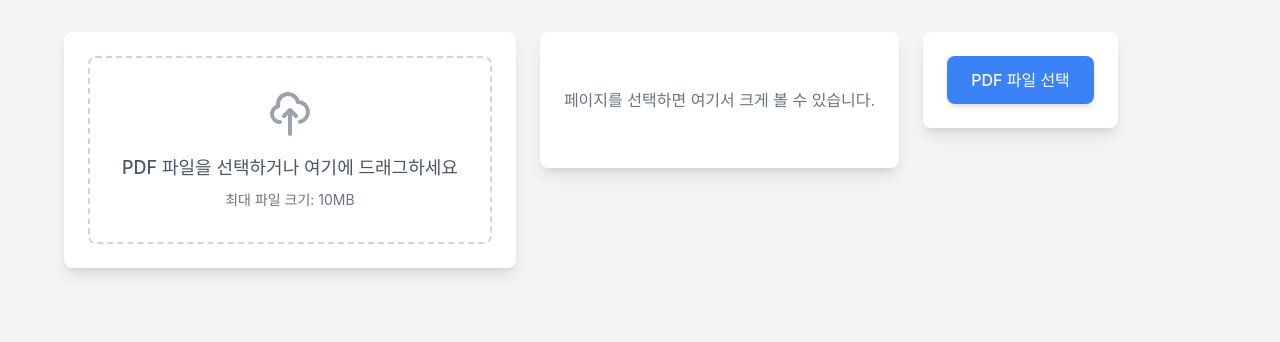
Repository: orcaCrew/PDF-Handler
Page: /
The author's editor kept a copy of each file at every save. The page is drawn from the files as they stood at one save, then again after the next save.
The browser window is 1280 px wide. The pictures show the whole page.
The project was rebuilt for these pictures with package versions that can differ from the ones it lists, and the page was loaded fresh each time.

Above is the page before, as saved 2025-07-18 16:35:54.

### public/index.html
<!DOCTYPE html>
<html lang="ko">
  <head>
    <meta charset="utf-8" />
    <link rel="icon" href="%PUBLIC_URL%/favicon.ico" />
    <meta name="viewport" content="width=device-width, initial-scale=1" />
    <meta name="theme-color" content="#000000" />
    <meta
      name="description"
      content="PDF 파일 미리보기 애플리케이션"
    />
    <title>PDF 미리보기</title>
  </head>
  <body>
    <noscript>이 앱을 실행하려면 JavaScript를 활성화해야 합니다.</noscript>
    <div id="root"></div>
  </body>
</html>

### src/App.js
import React, { useState, useRef, useEffect } from 'react';
import { Document, Page, pdfjs } from 'react-pdf';
import 'react-pdf/dist/esm/Page/AnnotationLayer.css';
import 'react-pdf/dist/esm/Page/TextLayer.css';

pdfjs.GlobalWorkerOptions.workerSrc = `//cdnjs.cloudflare.com/ajax/libs/pdf.js/${pdfjs.version}/pdf.worker.min.js`;

function App() {
  const [file, setFile] = useState(null);
  const [numPages, setNumPages] = useState(null);
  const [pageNumber, setPageNumber] = useState(1);
  const [loading, setLoading] = useState(false);
  const [isDragOver, setIsDragOver] = useState(false);
  const [loadedPages, setLoadedPages] = useState(new Set());
  const [displayedPages, setDisplayedPages] = useState(3); // lazy 로드 시작 수
  const fileInputRef = useRef(null);
  const loaderRef = useRef(null); // 스크롤 lazy 트리거용

  // Intersection Observer로 lazy loading 구현
  useEffect(() => {
    if (!loaderRef.current) return;
    const observer = new IntersectionObserver(
      ([entry]) => {
        if (entry.isIntersecting && numPages && displayedPages < numPages) {
          setDisplayedPages(prev => Math.min(prev + 3, numPages));
        }
      },
      { threshold: 1 }
    );
    observer.observe(loaderRef.current);
    return () => observer.disconnect();
  }, [displayedPages, numPages]);

  const onFileChange = (event) => {
    const { files } = event.target;
    if (files && files[0]) {
      setFile(files[0]);
      setPageNumber(1);
      setLoadedPages(new Set());
      setDisplayedPages(3);
    }
    event.target.value = '';
  };

  const handleDragOver = (e) => {
    e.preventDefault();
    setIsDragOver(true);
  };

  const handleDragLeave = (e) => {
    e.preventDefault();
    setIsDragOver(false);
  };

  const handleDrop = (e) => {
    e.preventDefault();
    setIsDragOver(false);
    const droppedFiles = e.dataTransfer.files;
    if (droppedFiles && droppedFiles[0]) {
      const droppedFile = droppedFiles[0];
      if (droppedFile.type === 'application/pdf') {
        setFile(droppedFile);
        setPageNumber(1);
        setLoadedPages(new Set());
        setDisplayedPages(3);
      } else {
        alert('PDF 파일만 업로드 가능합니다.');
      }
    }
  };

  const onDocumentLoadSuccess = ({ numPages }) => {
    setNumPages(numPages);
    setLoading(false);
  };

  const onDocumentLoadError = (error) => {
    console.error('PDF 로드 오류:', error);
    setLoading(false);
  };

  const onPageLoadSuccess = (pageNumber) => {
    setLoadedPages(prev => {
      const newSet = new Set([...prev, pageNumber]);
      return newSet;
    });
  };

  return (
    <div className="min-h-screen bg-gray-100 py-8">
      <div className="w-full flex justify-center px-4">
        <div className="w-full max-w-6xl">
          <div className="flex flex-col lg:flex-row gap-6">
          {/* 미리보기 영역 */}
          <div className="lg:w-4/10">
            <div className="bg-white rounded-lg shadow-lg p-6">
              {file ? (
                <div className="space-y-6">
                  <div className="flex items-center justify-between">
                    <h2 className="text-xl font-semibold text-gray-800">
                      {file.name}
                    </h2>
                    <div className="text-gray-600">
                      총 {numPages || '...'} 페이지
                    </div>
                  </div>

                  <div className="space-y-4 max-h-[50rem] overflow-y-auto">
                    {loading && (
                      <div className="flex items-center justify-center p-8">
                        <div className="animate-spin rounded-full h-8 w-8 border-b-2 border-blue-500"></div>
                        <span className="ml-2 text-gray-600">PDF 로딩 중...</span>
                      </div>
                    )}

                    <Document
                      file={file}
                      onLoadSuccess={onDocumentLoadSuccess}
                      onLoadError={onDocumentLoadError}
                      onLoadStart={() => setLoading(true)}
                      loading={
                        <div className="flex items-center justify-center p-8">
                          <div className="animate-spin rounded-full h-8 w-8 border-b-2 border-blue-500"></div>
                          <span className="ml-2 text-gray-600">PDF 로딩 중...</span>
                        </div>
                      }
                    >
                      {numPages &&
                        Array.from(
                          new Array(Math.min(displayedPages, numPages)),
                          (el, index) => (
                            <div
                              key={`page_${index + 1}`}
                              className={`border-2 rounded-lg p-4 bg-white hover:shadow-md transition-shadow cursor-pointer ${
                                pageNumber === index + 1
                                  ? 'border-blue-500 bg-blue-50'
                                  : 'border-gray-200'
                              }`}
                              onClick={() => setPageNumber(index + 1)}
                            >
                              <div className="flex items-center space-x-4">
                                <div className="flex-shrink-0">
                                  <Page
                                    pageNumber={index + 1}
                                    width={120}
                                    renderTextLayer={false}
                                    renderAnnotationLayer={false}
                                    onLoadSuccess={() => onPageLoadSuccess(index + 1)}
                                    loading={
                                      <div className="w-30 h-40 bg-gray-200 rounded flex items-center justify-center">
                                        <div className="animate-spin rounded-full h-6 w-6 border-b-2 border-blue-500"></div>
                                      </div>
                                    }
                                  />
                                </div>
                                <div className="flex-1">
                                  <h3 className="text-lg font-semibold text-gray-800">
                                    {index + 1} 페이지
                                  </h3>
                                </div>
                              </div>
                            </div>
                          )
                        )}
                    </Document>

                    {/* lazy-load 트리거 */}
                    <div ref={loaderRef} className="h-12" />
                  </div>
                </div>
              ) : (
                <div
                  className={`border-2 border-dashed rounded-lg p-8 text-center transition-colors h-full flex items-center justify-center ${
                    isDragOver
                      ? 'border-blue-500 bg-blue-50'
                      : 'border-gray-300 hover:border-blue-400'
                  }`}
                  onDragOver={handleDragOver}
                  onDragLeave={handleDragLeave}
                  onDrop={handleDrop}
                >
                  <label
                    htmlFor="file-upload"
                    className="cursor-pointer flex flex-col items-center"
                  >
                    <svg
                      className="w-12 h-12 text-gray-400 mb-4"
                      fill="none"
                      stroke="currentColor"
                      viewBox="0 0 24 24"
                    >
                      <path
                        strokeLinecap="round"
                        strokeLinejoin="round"
                        strokeWidth={2}
                        d="M7 16a4 4 0 01-.88-7.903A5 5 0 1115.9 6L16 6a5 5 0 011 9.9M15 13l-3-3m0 0l-3 3m3-3v12"
                      />
                    </svg>
                    <span className="text-lg font-medium text-gray-600">
                      PDF 파일을 선택하거나 여기에 드래그하세요
                    </span>
                    <span className="text-sm text-gray-500 mt-2">
                      최대 파일 크기: 10MB
                    </span>
                  </label>
                </div>
              )}
            </div>
          </div>

          {/* 선택된 페이지 크게 보기 영역 */}
          <div className="lg:w-4/10">
            <div className="bg-white rounded-lg shadow-lg p-6">
              {file && pageNumber ? (
                <div className="space-y-4">
                  <div className="flex items-center justify-between">
                    <h3 className="text-lg font-semibold text-gray-800">
                      선택된 페이지
                    </h3>
                    <span className="text-sm text-gray-600">
                      {pageNumber} / {numPages}
                    </span>
                  </div>

                  <div className="flex justify-center">
                    <div className="border border-gray-300 rounded-lg shadow-lg bg-white">
                      <Document
                        file={file}
                        onLoadSuccess={onDocumentLoadSuccess}
                        onLoadError={onDocumentLoadError}
                        onLoadStart={() => setLoading(true)}
                        loading={
                          <div className="flex items-center justify-center p-8">
                            <div className="animate-spin rounded-full h-8 w-8 border-b-2 border-blue-500"></div>
                            <span className="ml-2 text-gray-600">PDF 로딩 중...</span>
                          </div>
                        }
                      >
                        <Page
                          pageNumber={pageNumber}
                          width={Math.min(window.innerWidth * 0.4 - 100, 400)}
                          renderTextLayer={false}
                          renderAnnotationLayer={false}
                        />
                      </Document>
                    </div>
                  </div>
                </div>
              ) : (
                <div className="text-center text-gray-500 py-8">
                  <p>페이지를 선택하면 여기서 크게 볼 수 있습니다.</p>
                </div>
              )}
            </div>
          </div>

          {/* 선택 버튼 영역 */}
          <div className="lg:w-2/10">
            <div className="bg-white rounded-lg shadow-lg p-6">
              <div className="flex justify-center">
                <button
                  onClick={() => {
                    fileInputRef.current?.click();
                  }}
                  className="px-6 py-3 bg-blue-500 text-white rounded-lg hover:bg-blue-600 transition-colors font-medium shadow-md"
                >
                  {file ? 'PDF 파일 변경' : 'PDF 파일 선택'}
                </button>
              </div>
              <input
                ref={fileInputRef}
                type="file"
                accept=".pdf"
                onChange={onFileChange}
                className="hidden"
                id="file-upload"
              />
            </div>
          </div>
        </div>
        </div>
      </div>
    </div>
  );
}

export default App;

Loaded but not shown: src/index.js (common file); src/index.css (common file); tailwind.config.js (common file)

After the next save:
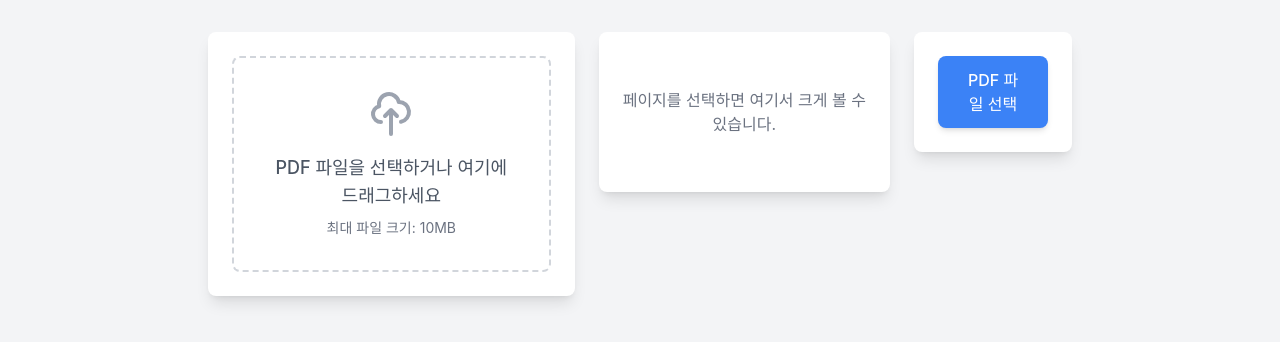
Saved 23 s later.
--- a/src/App.js
+++ b/src/App.js
@@ -88,9 +88,8 @@ function App() {
 
   return (
     <div className="min-h-screen bg-gray-100 py-8">
-      <div className="w-full flex justify-center px-4">
-        <div className="w-full max-w-6xl">
-          <div className="flex flex-col lg:flex-row gap-6">
+      <div className="max-w-4xl mx-auto px-4 space-y-6">
+        <div className="flex flex-col lg:flex-row gap-6">
           {/* 미리보기 영역 */}
           <div className="lg:w-4/10">
             <div className="bg-white rounded-lg shadow-lg p-6">
@@ -278,7 +277,6 @@ function App() {
             </div>
           </div>
         </div>
-        </div>
       </div>
     </div>
   );
